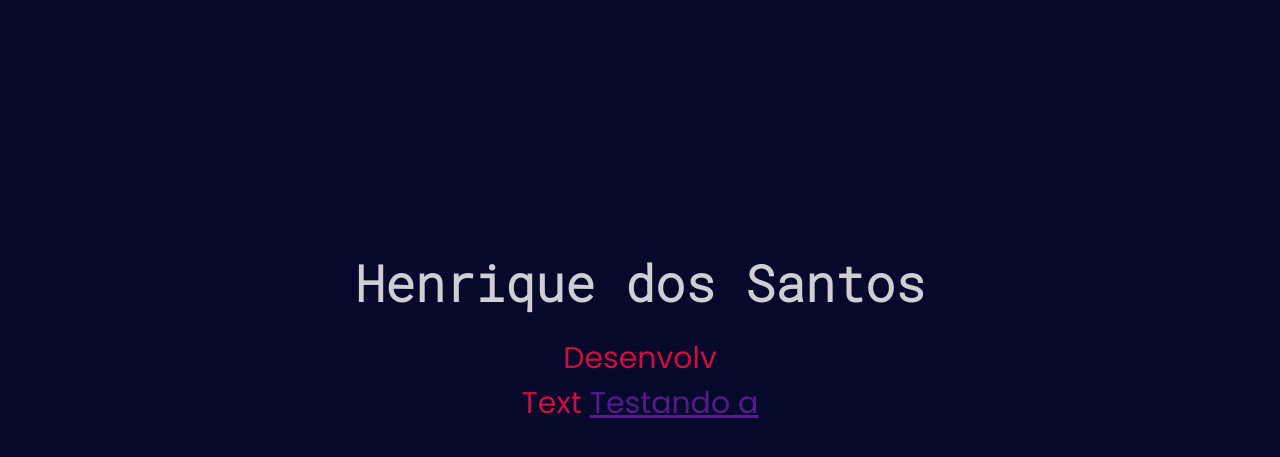
Repository: Henrique-Santos-2304/meuBlog
Page: /
An editor plug-in stored every save of this project. The page is shown before and after the next save, followed by the edit.
The browser window is 1280 px wide. The pictures show the whole page.
Some web fonts or font styles are not loaded; a fallback is used. The project was rebuilt for these pictures with package versions that can differ from the ones it lists, and the page was loaded fresh each time. The framework's server and built-in components were replaced by stand-ins that run in the browser. Also part of the build but not shown: next.config.js.

Above is the page before, as saved 2021-10-05 11:03:35.

### src/pages/_app.tsx
import { AppProps } from "next/app";
import Head from "next/head";
import GlobalStyles from "styles/global";
import { ThemeProvider } from "styled-components";
import theme from "../styles/theme";
import React from "react";

function App({ Component, pageProps }: AppProps) {
  return (
    <>
      <Head>
        <title>React Avançado - Boilerplate</title>
        <link rel="shortcut icon" href="/img/icon-512.png" />
        <link rel="apple-touch-icon" href="/img/icon-512.png" />
        <link rel="manifest" href="/manifest.json" />
        <meta
          name="description"
          content="My Boyllerplate/ Template for Projects React | Next.js"
        />
      </Head>
      <ThemeProvider theme={theme}>
        <React.Fragment>
          <Component {...pageProps} />
          <GlobalStyles />
        </React.Fragment>
      </ThemeProvider>
    </>
  );
}

export default App;

### src/pages/_document.tsx
import Document, {
  Html,
  Head,
  Main,
  NextScript,
  DocumentContext,
} from "next/document";
import { ServerStyleSheet } from "styled-components";

export default class MyDocument extends Document {
  static async getInitialProps(ctx: DocumentContext) {
    const sheet = new ServerStyleSheet();
    const originalRenderPage = ctx.renderPage;

    try {
      ctx.renderPage = () =>
        originalRenderPage({
          enhanceApp: (App) =>
            function enhance(props) {
              return sheet.collectStyles(<App {...props} />);
            },
        });

      const initialProps = await Document.getInitialProps(ctx);
      return {
        ...initialProps,
        styles: (
          <>
            {initialProps.styles}
            {sheet.getStyleElement()}
          </>
        ),
      };
    } finally {
      sheet.seal();
    }
  }

  render() {
    return (
      <Html lang="pt-BR">
        <Head>
          <link rel="preconnect" href="https://fonts.googleapis.com" />
          <link rel="preconnect" href="https://fonts.gstatic.com" />
          <link
            href="https://fonts.googleapis.com/css2?family=Lobster&family=Grechen+Fuemen&family=Italianno&family=Poppins:ital,wght@0,200;0,400;1,100;1,300&family=Roboto+Mono:wght@200;300&display=swap"
            rel="stylesheet"
          />
        </Head>
        <body>
          <Main />

          <NextScript />
        </body>
      </Html>
    );
  }
}

### src/pages/index.tsx
import Main from "components/Main";

export default function Home() {
  return (
    <>
      <Main />
    </>
  );
}

### src/styles/global.ts
import { createGlobalStyle } from "styled-components";
import theme from "./theme";
import { stylesThemeGlobals } from "../types/typesStylesTheme";

const GlobalStyles = createGlobalStyle`

/* Roboto */
@font-face {
  font-family: 'Roboto';
  font-style: normal;
  font-weight: 400;
  font-display: swap;
  src: url('/fonts/roboto-v29-latin-regular.eot'); /* IE9 Compat Modes */
  src: local(''),url('/fonts/roboto-v29-latin-regular.woff2') format('woff2')
}

@font-face {
  font-family: 'Roboto';
  font-style: italic;
  font-weight: 400;
  font-display: swap;
  src: url('/fonts/roboto-v29-latin-italic.eot'); /* IE9 Compat Modes */
  src: local(''),url('/fonts/roboto-v29-latin-italic.woff2') format('woff2')
}

@font-face {
  font-family: 'Roboto';
  font-style: italic;
  font-weight: 500;
  font-display: swap;
  src: url('/fonts/roboto-v29-latin-500italic.eot'); /* IE9 Compat Modes */
  src: local(''),url('/fonts/roboto-v29-latin-500italic.woff2') format('woff2')
}

@font-face {
  font-family: 'Roboto';
  font-style: italic;
  font-weight: 700;
  font-display: swap;
  src: url('/fonts/roboto-v29-latin-700italic.eot'); /* IE9 Compat Modes */
  src: local(''),url('/fonts/roboto-v29-latin-700italic.woff2') format('woff2')
}

/* Poppins */
@font-face {
  font-family: 'Poppins';
  font-style: normal;
  font-weight: 400;
  font-display: swap;
  src: url('/fonts/poppins-v15-latin-regular.eot'); /* IE9 Compat Modes */
  src: local(''),url('/fonts/poppins-v15-latin-regular.woff2') format('woff2')
}

@font-face {
  font-family: 'Poppins';
  font-style: italic;
  font-weight: 500;
  font-display: swap;
  src: url('/fonts/poppins-v15-latin-500italic.eot'); /* IE9 Compat Modes */
  src: local(''),url('/fonts/poppins-v15-latin-500italic.woff2') format('woff2')
}

@font-face {
  font-family: 'Poppins';
  font-style: italic;
  font-weight: 700;
  font-display: swap;
  src: url('/fonts/poppins-v15-latin-700italic.eot'); /* IE9 Compat Modes */
  src: local(''),url('/fonts/poppins-v15-latin-700italic.woff2') format('woff2')
}
 /* Tangerine */
@font-face {
  font-family: 'Tangerine';
  font-style: normal;
  font-weight: 400;
  font-display: swap;
  src: url('/fonts/tangerine-v12-latin-regular.eot'); /* IE9 Compat Modes */
  src: local(''),url('/fonts/tangerine-v12-latin-regular.woff2') format('woff2')
}

@font-face {
  font-family: 'Tangerine';
  font-style: normal;
  font-weight: 700;
  font-display: swap;
  src: url('/fonts/tangerine-v12-latin-700.eot'); /* IE9 Compat Modes */
  src: local(''),url('/fonts/tangerine-v12-latin-700.woff2') format('woff2')
}

  * {
    -webkit-font-smoothing: antialiased;
    -moz-osx-font-smoothing: grayscale;
    margin: 0;
    padding: 0;
    box-sizing: border-box;
  }

  html {
    font-size: 62.5%;
  }

  html, body, #__next {
    height: 100%;
  }

  body {
    font-size: 2rem;
    font-family: ${({ theme }: stylesThemeGlobals) => theme.font.family.Poppins}
  }
  h1,h2,h3,h4,h5,h6{
    font-size: 1.6rem;
    font-family: ${theme.font.family.RobotoMono};
  }
  button{
    cursor: pointer;
  }
  input{
    border: 0;
    padding-left: 0.7rem;
  }
  ul, ol{
    list-style: none
  }
`;

export default GlobalStyles;

### src/styles/theme.ts
export default {
  colors: {
    white800: "#f8f8f8",
    white900: "#fff",
    black700: "#111",
    black800: "#06092b",
    black900: "#000",
    red700: "#CC0F3E",
  },
  font: {
    family: {
      Poppins: "'Poppins', sans-serif",
      Effect: '"Grechen Fuemen", cursive',
      RobotoMono: '"Roboto Mono", monospace',
    },
  },
};

### src/components/Main/index.tsx
import { useEffect, useState } from "react";
import * as S from "./styles";

const Main = () => {
  const value = "Desenvolvedor Web";
  const [text, setText] = useState("");

  useEffect(() => {
    typeWriter(value);
    return () => {
      setText("");
    };
  }, []);
  const typeWriter = (text: string, i = 0) => {
    if (i < value.length) {
      setText(text.slice(0, i + 1));
      setTimeout(() => {
        typeWriter(text, i + 1);
      }, 100);
    }
  };
  if (text === value) {
    setTimeout(() => {
      setText("");
      typeWriter(value);
    }, 3000);
  }

  return (
    <S.Wrapper>
      <S.Tittle> Henrique dos Santos</S.Tittle>
      <S.Container>
        <S.Text>{text}</S.Text>
        <ul>
          <li>
            Text <a href=""> Testando a </a>
          </li>
        </ul>
        <S.TextCursor />
      </S.Container>
    </S.Wrapper>
  );
};

export default Main;

### src/components/Main/styles.ts
import styled, { keyframes, css } from "styled-components";

export const Wrapper = styled.main`
  background-color: ${({ theme }) => theme.colors.black800};

  color: #fff;
  width: 100%;
  height: 100vh;
  padding: 3rem;
  text-align: center;
  display: flex;
  flex-direction: column;
  align-items: center;
  justify-content: center;
`;
const blinkTextCursor = keyframes`
  from {border-right-color: rgba(0, 0, 0, .75);}
  to {border-right-color: transparent}
`;

const textTitle = keyframes`
  from {color: transparent;}
  to {color: #f8f8f8}
`;

export const Tittle = styled.h1`
  animation: ${textTitle} 3s infinite linear;
  ${({ theme }) => css`
    color: ${theme.colors.white800};
    font-family: ${theme.font.family.Grechen};
  `}
  font-size: 5rem;
`;
export const Text = styled.p`
  margin-top: 2rem;
`;

export const TextCursor = styled.span`
  border-right: 2px solid rgba(0, 0, 0, 0.75);
  /* display: inline; */

  /* A mágica acontece aqui */
  animation: ${blinkTextCursor} 3s infinite 3s normal;
`;
export const Container = styled.div`
  color: ${({ theme }) => theme.colors.red700};
  font-size: 3rem;
`;

After the next save:
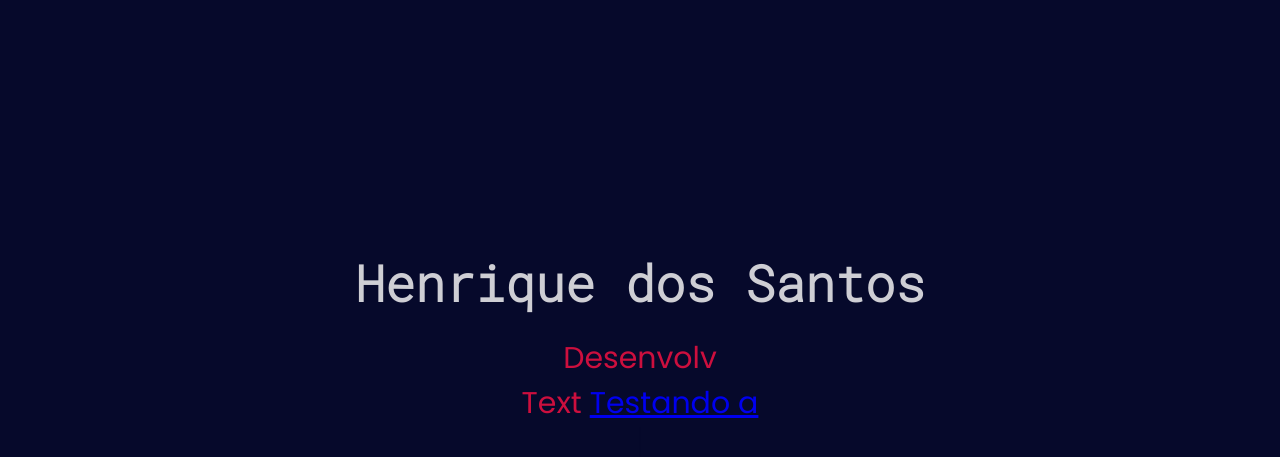
Saved 4 s later.
--- a/src/components/Main/index.tsx
+++ b/src/components/Main/index.tsx
@@ -33,7 +33,7 @@
         <S.Text>{text}</S.Text>
         <ul>
           <li>
-            Text <a href=""> Testando a </a>
+            Text <a href="#"> Testando a </a>
           </li>
         </ul>
         <S.TextCursor />
